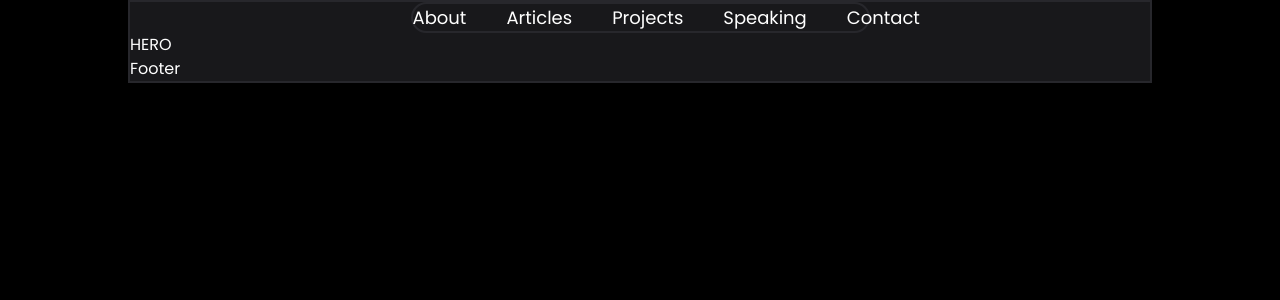
Repository: Wafaabahgat/Portfolio
Page: /
The author's editor kept a copy of each file at every save. The page is drawn from the files as they stood at one save, then again after a run of saves.
The browser window is 1280 px wide. The pictures show the whole page.
The project was rebuilt for these pictures with package versions that can differ from the ones it lists, and the page was loaded fresh each time. Also part of the build but not shown: vite.config.ts, src/App.css, src/ErrorPage.tsx.

Above is the page before, as saved 2023-12-07 02:57:10.

After the next 2 saves:
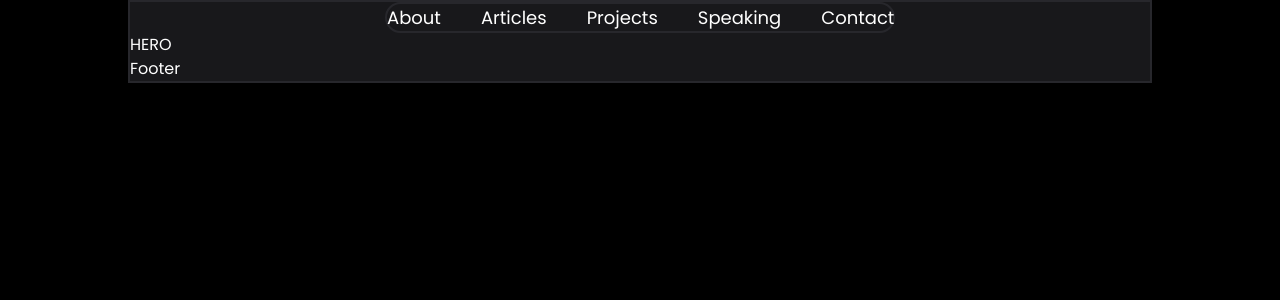
The 2 saves are shown as one change because they came seconds apart.
The last was saved 8 s later.
--- a/src/components/layouts/Header.tsx
+++ b/src/components/layouts/Header.tsx
@@ -33,7 +33,7 @@ const Header: FC<HeaderProps> = () => {
   return (
     <>
       <div className="">
-        <nav className="flex gap-10 border-h rounded-full w-[45%] mx-auto ">
+        <nav className="flex gap-10 border-h rounded-full w-[50%] mx-auto ">
           {links?.map((e, i) => (
             <Link
               key={i}
